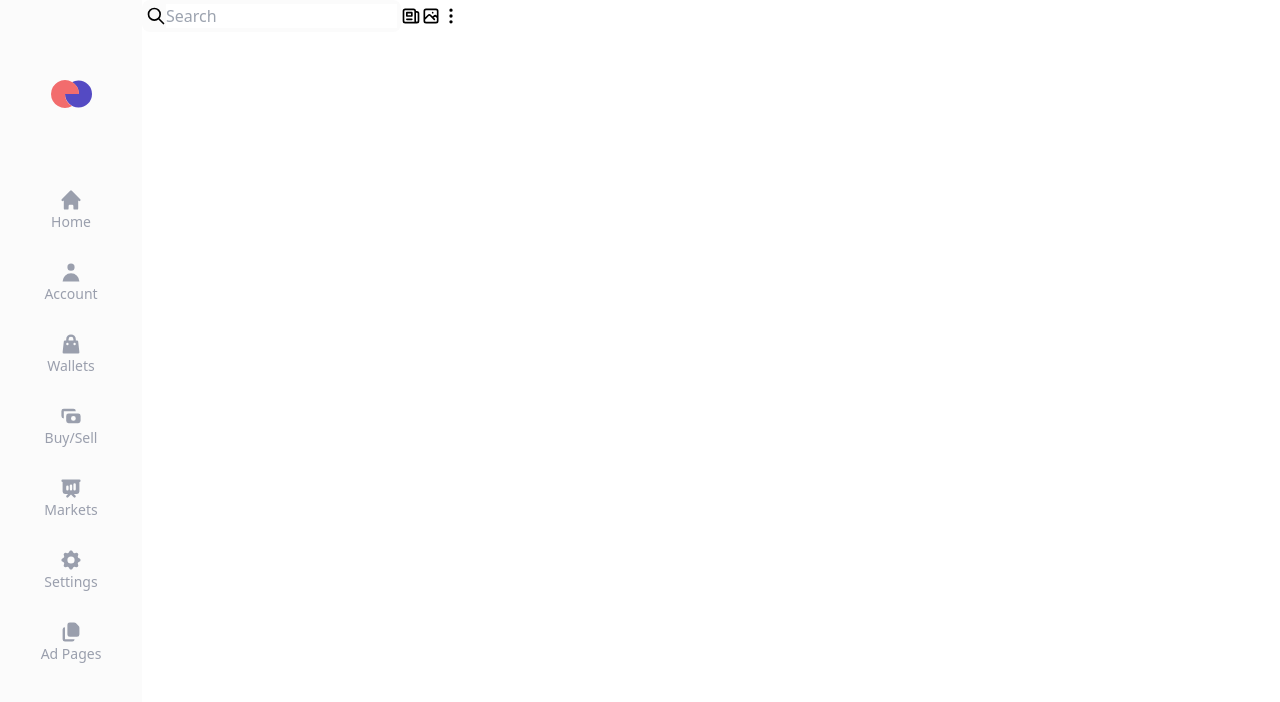
Repository: almaqdad55/crypto-app-nextjs
Page: /
These files come from the project's save history. The page is drawn as it stood at one moment and after the next save; the edit follows.
The browser window is 1280 px wide. The pictures show the whole page.
The project was rebuilt for these pictures with package versions that can differ from the ones it lists, and the page was loaded fresh each time. The framework's server and built-in components were replaced by stand-ins that run in the browser.

Above is the page before, as saved 2022-01-04 20:03:03.

After the next save:
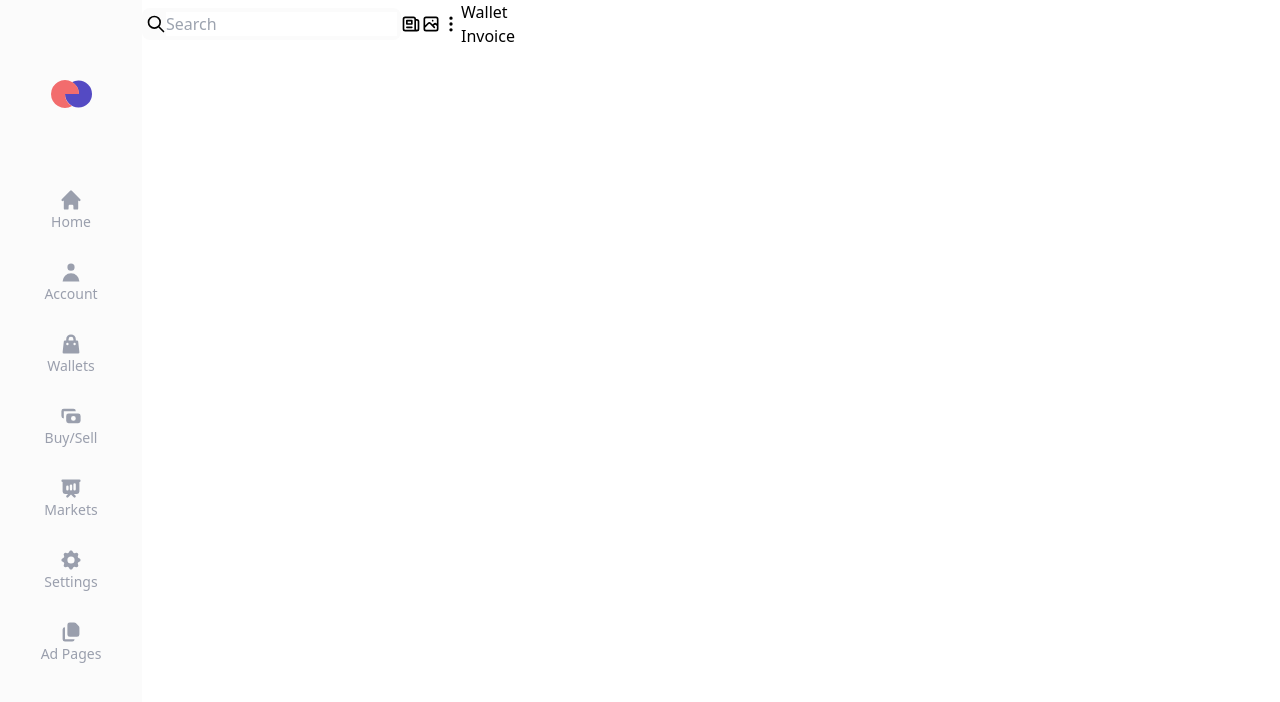
Saved 68 s later.
--- a/components/Feed.jsx
+++ b/components/Feed.jsx
@@ -19,6 +19,10 @@ const Feed = () => {
           <PhotographIcon className="h-5" />
           <DotsVerticalIcon className="h-5" />
         </div>
+        <div>
+          <p>Wallet</p>
+          <p>Invoice</p>
+        </div>
       </div>
     </div>
   );
